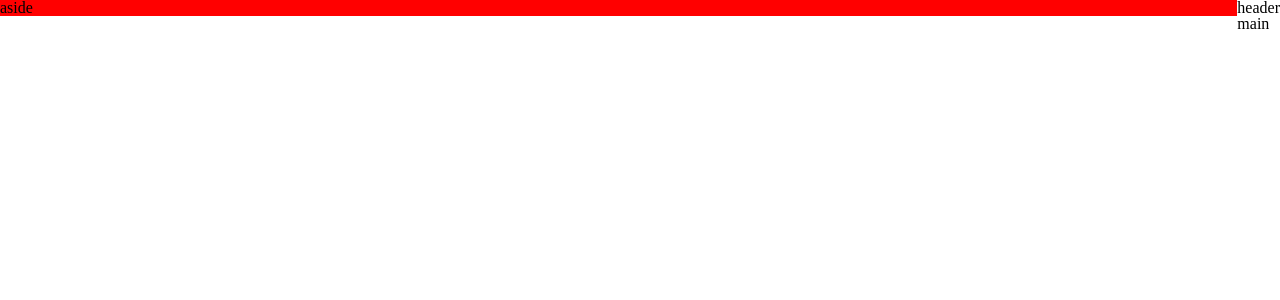
Repository: serrrN/admin
Page: /
An editor plug-in stored every save of this project. The page is shown before and after the next save, followed by the edit.
The browser window is 1280 px wide. The pictures show the whole page.
The project was rebuilt for these pictures with package versions that can differ from the ones it lists, and the page was loaded fresh each time. Also part of the build but not shown: vite.config.ts.

Above is the page before, as saved 2024-06-02 11:07:53.

After the next save:
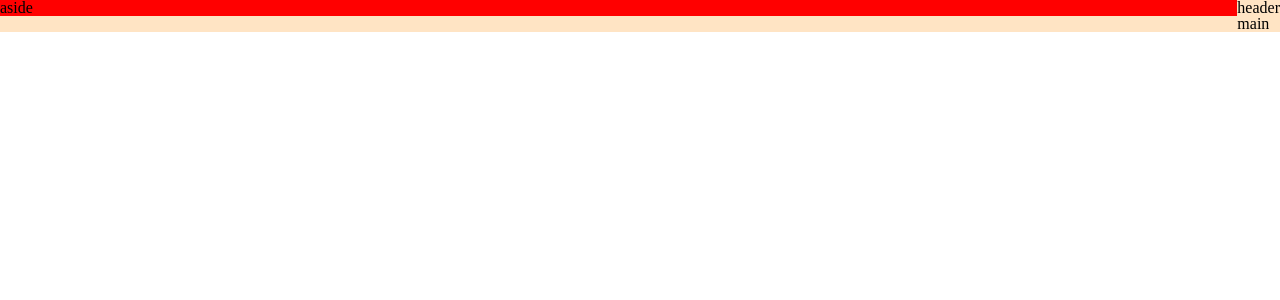
Saved 66 s later.
--- a/src/layout/index.vue
+++ b/src/layout/index.vue
@@ -14,6 +14,7 @@
 .layout-container {
   width: 100%;
   height: 100%;
+  background-color: bisque;
   display: flex;
   .left {
     height: 100%;
